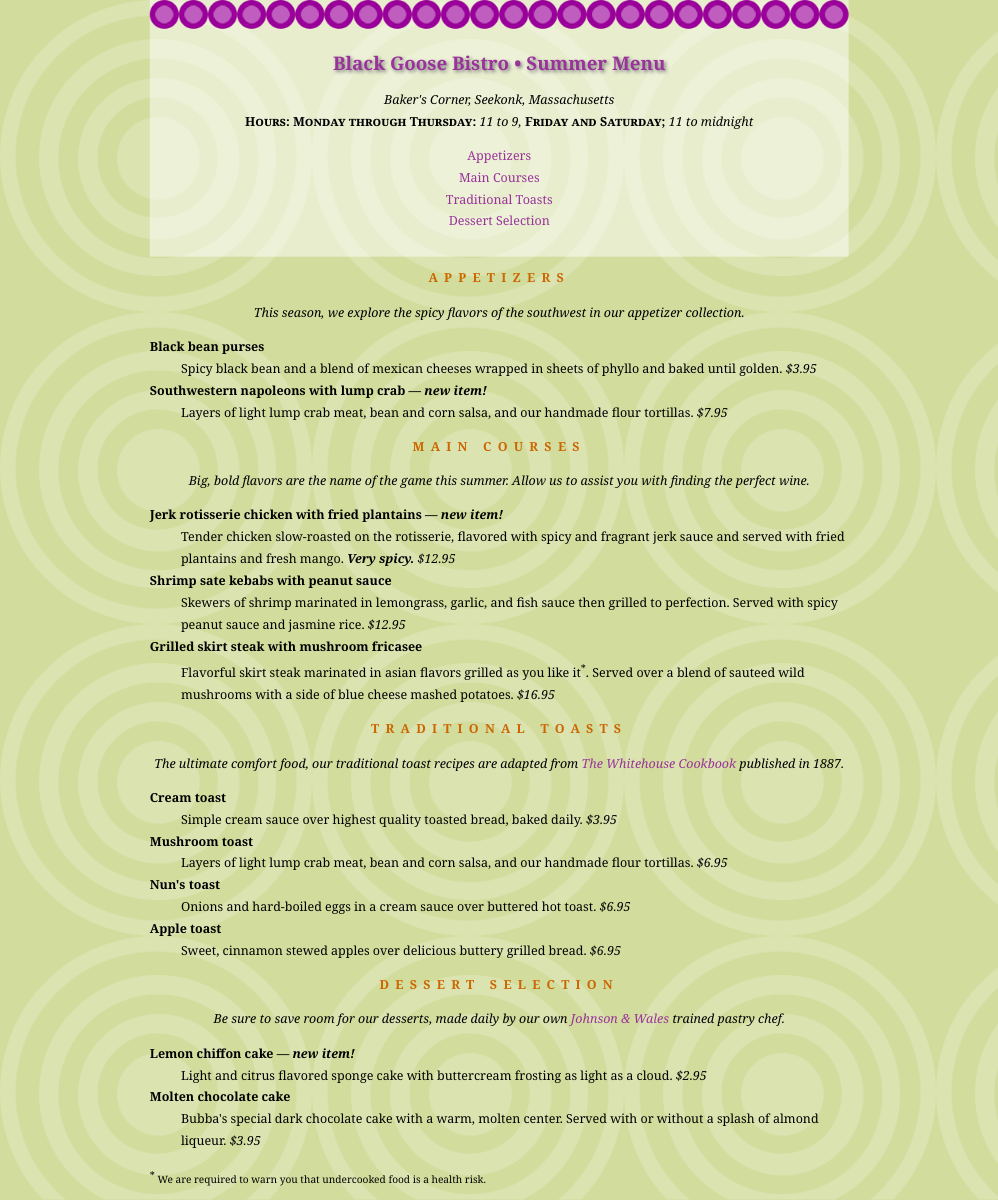
Repository: Colo-Codes/code-practice
Page: 02-css-practice-3.html
The author's editor kept a copy of each file at every save. The page is drawn from the files as they stood at one save, then again after the next save.
The browser window is 1280 px wide. The pictures show the whole page, at 78% of full size.
Some web fonts or font styles are not loaded; a fallback is used.

Above is the page before, as saved 2021-05-06 13:04:58.

### 02-css-practice-3.html
<!DOCTYPE html >
<html>

<head>
<meta charset="utf-8">
<title>Black Goose Bistro Summer Menu</title>
<link href='http://fonts.googleapis.com/css?family=Marko+One' rel='stylesheet' type='text/css'>
<style>
body {
  font-family: Georgia, serif;
  font-size: 100%;
  line-height: 175%;
  margin: 0 15% 0;
  background-color: #d2dc9d;
  background-image: url(./assets/img/bullseye.png);
}
header {
  margin-top: 0;
  padding: 3em 1em 2em 1em;
  text-align: center;
  background-color: rgba(255, 255, 255, .5);
  background-image: url(./assets/img/purpledot.png);
  background-repeat: round no-repeat;
}

/* For link, the order is important */
a {
  text-decoration: none;
  color: #939;
}
a:visited {
  color: #937393;
}
a:focus {
  color: #c700f2;
  background-color: #fff;
}
a:hover {
  color: #c700f2;
  background-color: #fff;
}
a:active {
  color: #f0f;
  background-color: rgba(255, 255, 255, .5);
}


h1 {
  font: bold 1.5em Georgia, serif;
  text-shadow: .1em .1em .2em gray;
  color: #939;
}
h2 {
  font-size: 1em;
  text-transform: uppercase;
  letter-spacing: .5em;
  text-align: center;
  color: #c60;
}
dt {
  font-weight: bold;
}
strong {
  font-style: italic;
}
ul {
	list-style-type: none;
	margin: 0;
	padding: 0;
}
#info p {
  font-style: italic;
}
.price {
  font-family: Georgia, serif;
  font-style: italic;
}
p.warning, sup {
  font-size: small;
}
.label {
  font-weight: bold;
  font-variant: small-caps;
  font-style: normal;
}

h2 + p {
  text-align: center;
  font-style: italic;
}


</style>
</head>

<body>

<header>
<h1>Black Goose Bistro &bull; Summer Menu</h1>

<div id="info">
<p>Baker's Corner, Seekonk, Massachusetts<br>
<span class="label">Hours: Monday through Thursday:</span> 11 to 9, <span class="label">Friday and Saturday;</span> 11 to midnight</p>
<ul>
<li><a href="#appetizers">Appetizers</a></li>
<li><a href="#entrees">Main Courses</a></li>
<li><a href="#toast">Traditional Toasts</a></li>
<li><a href="#dessert">Dessert Selection</a></li>
</ul>
</div>
</header>

<section id="appetizers">
<h2>Appetizers</h2>
<p>This season, we explore the spicy flavors of the southwest in our appetizer collection.</p>

<dl>
<dt>Black bean purses</dt>
<dd>Spicy black bean and a blend of mexican cheeses wrapped in sheets of phyllo and baked until golden. <span class="price">$3.95</span></dd>

<dt class="newitem">Southwestern napoleons with lump crab &mdash; <strong>new item!</strong></dt>
<dd>Layers of light lump crab meat, bean and corn salsa, and our handmade flour tortillas. <span class="price">$7.95</span></dd>
</dl>
</section>

<section id="entrees">

<h2>Main courses</h2>
<p>Big, bold flavors are the name of the game this summer. Allow us to assist you with finding the perfect wine.</p>


<dl>

<dt class="newitem">Jerk rotisserie chicken with fried plantains &mdash; <strong>new item!</strong></dt>
<dd>Tender chicken slow-roasted on the rotisserie, flavored with spicy and fragrant jerk sauce and served with fried plantains and fresh mango. <strong>Very spicy.</strong> <span class="price">$12.95</span></dd>

<dt>Shrimp sate kebabs with peanut sauce</dt>
<dd>Skewers of shrimp marinated in lemongrass, garlic, and fish sauce then grilled to perfection. Served with spicy peanut sauce and jasmine rice. <span class="price">$12.95</span></dd>

<dt>Grilled skirt steak with mushroom fricasee</dt>
<dd>Flavorful skirt steak marinated in asian flavors grilled as you like it<sup>*</sup>. Served over a blend of sauteed wild mushrooms with a side of blue cheese mashed potatoes. <span class="price">$16.95</span></dd>
</dl>

</section>

<section id="toast">
<h2>Traditional Toasts</h2>
<p>The ultimate comfort food, our traditional toast recipes are adapted from <a href="http://www.gutenberg.org/files/13923/13923-h/13923-h.htm"><cite>The Whitehouse Cookbook</cite></a> published in 1887.</p>

<dl>
<dt>Cream toast</dt>
<dd>Simple cream sauce over highest quality toasted bread, baked daily. <span class="price">$3.95</span></dd>

<dt>Mushroom toast</dt>
<dd>Layers of light lump crab meat, bean and corn salsa, and our handmade flour tortillas. <span class="price">$6.95</span></dd>

<dt>Nun's toast</dt>
<dd>Onions and hard-boiled eggs in a cream sauce over buttered hot toast. <span class="price">$6.95</span></dd>

<dt>Apple toast</dt>
<dd>Sweet, cinnamon stewed apples over delicious buttery grilled bread. <span class="price">$6.95</span></dd>
</dl>
</section>

<section id="dessert">
<h2>Dessert Selection</h2>
<p>Be sure to save room for our desserts, made daily by our own <a href="http://www.jwu.edu/college.aspx?id=19510">Johnson & Wales</a> trained pastry chef.</p>

<dl>
<dt class="newitem">Lemon chiffon cake &mdash; <strong>new item!</strong></dt>
<dd>Light and citrus flavored sponge cake with buttercream frosting as light as a cloud. <span class="price">$2.95</span></dd>

<dt class="newitem">Molten chocolate cake</dt>
<dd>Bubba's special dark chocolate cake with a warm, molten center. Served with or without a splash of almond liqueur. <span class="price">$3.95</span></dd>
</dl>
</section>

<footer>
<p class="warning"><sup>*</sup> We are required to warn you that undercooked food is a health risk.</p>
</footer>

</body>
</html>

After the next save:
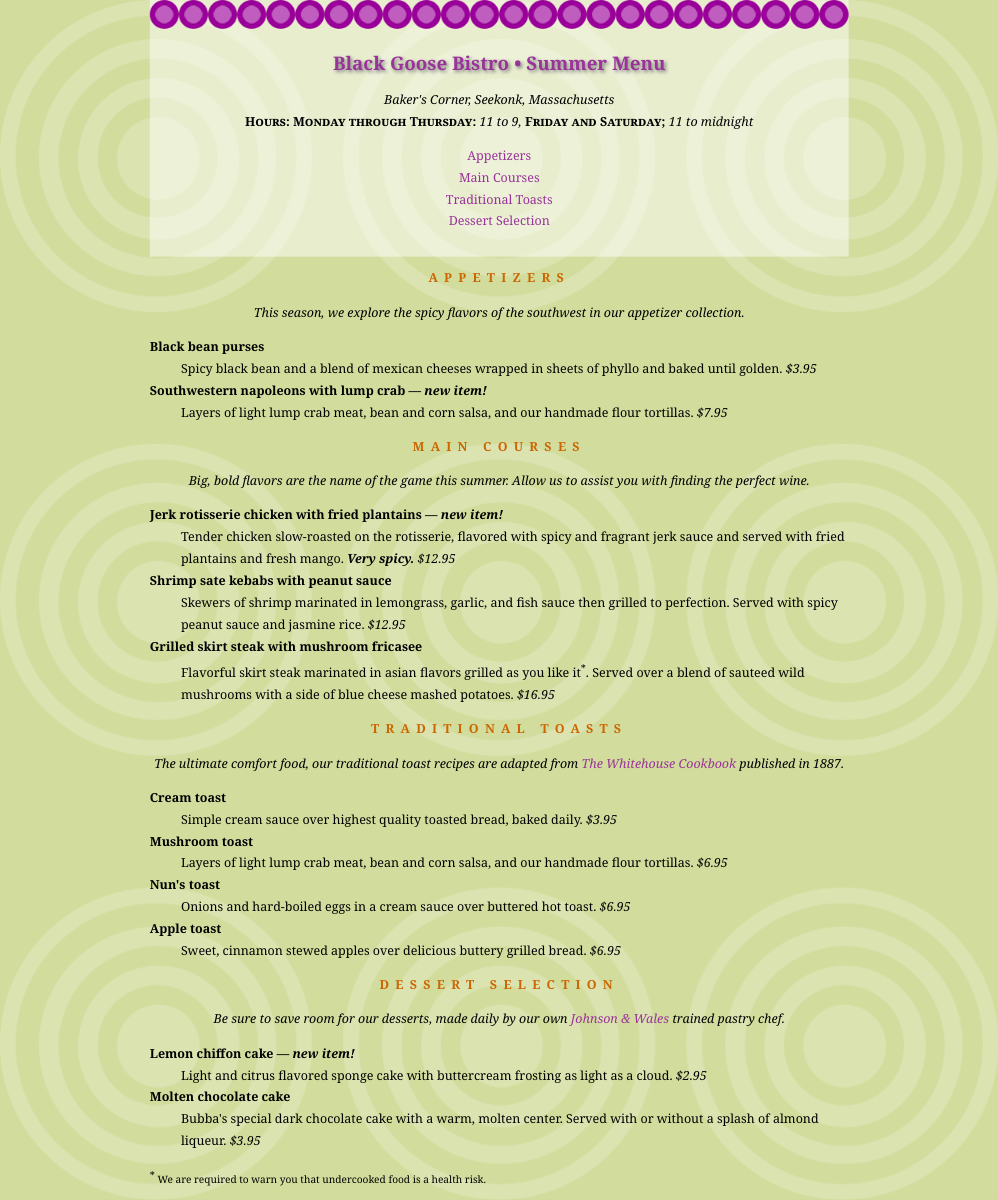
Saved 73 s later.
--- a/02-css-practice-3.html
+++ b/02-css-practice-3.html
@@ -13,6 +13,7 @@
   margin: 0 15% 0;
   background-color: #d2dc9d;
   background-image: url(./assets/img/bullseye.png);
+  background-repeat: space;
 }
 header {
   margin-top: 0;

After the save that followed:
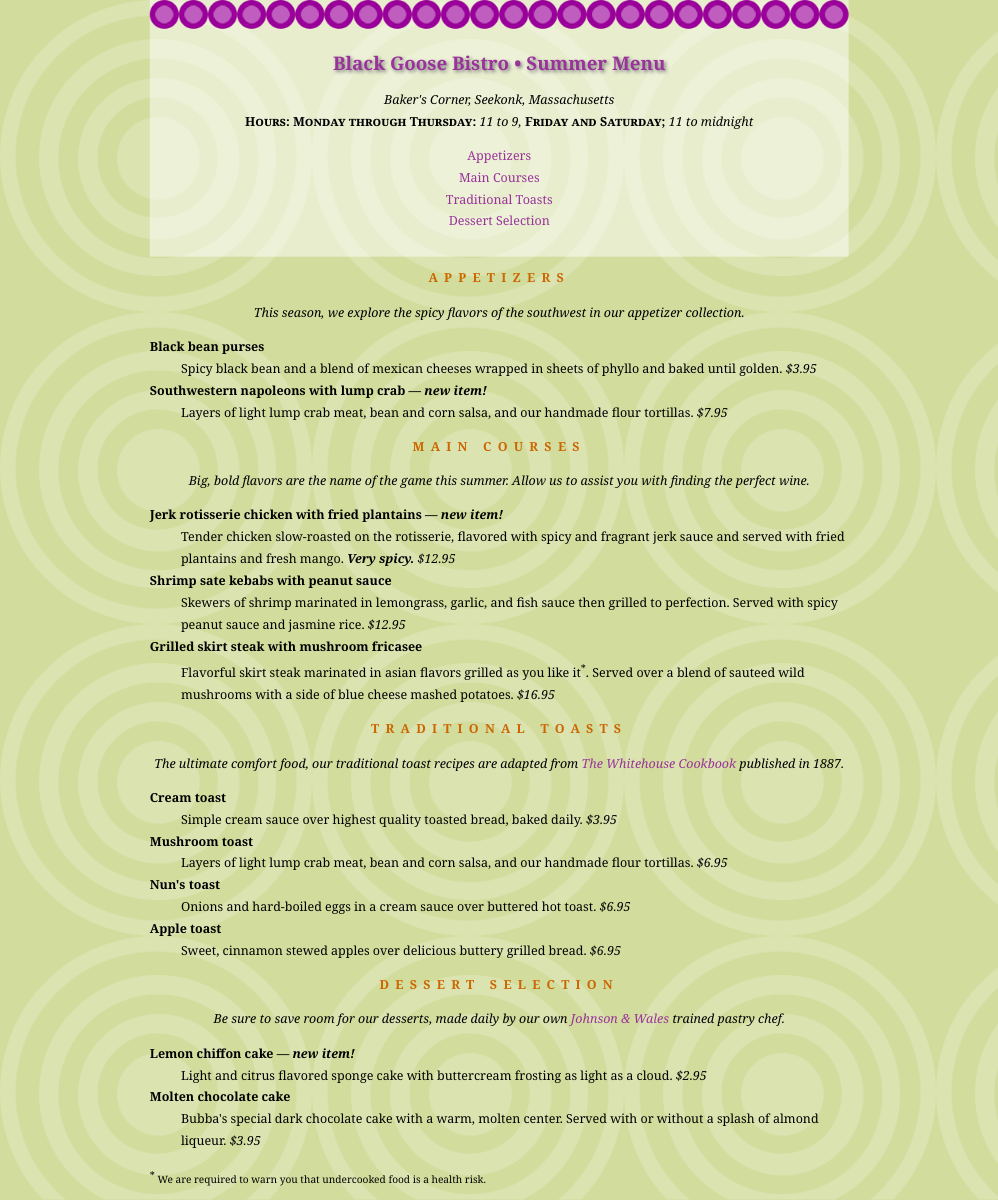
Saved 11 s later.
--- a/02-css-practice-3.html
+++ b/02-css-practice-3.html
@@ -13,7 +13,6 @@
   margin: 0 15% 0;
   background-color: #d2dc9d;
   background-image: url(./assets/img/bullseye.png);
-  background-repeat: space;
 }
 header {
   margin-top: 0;
